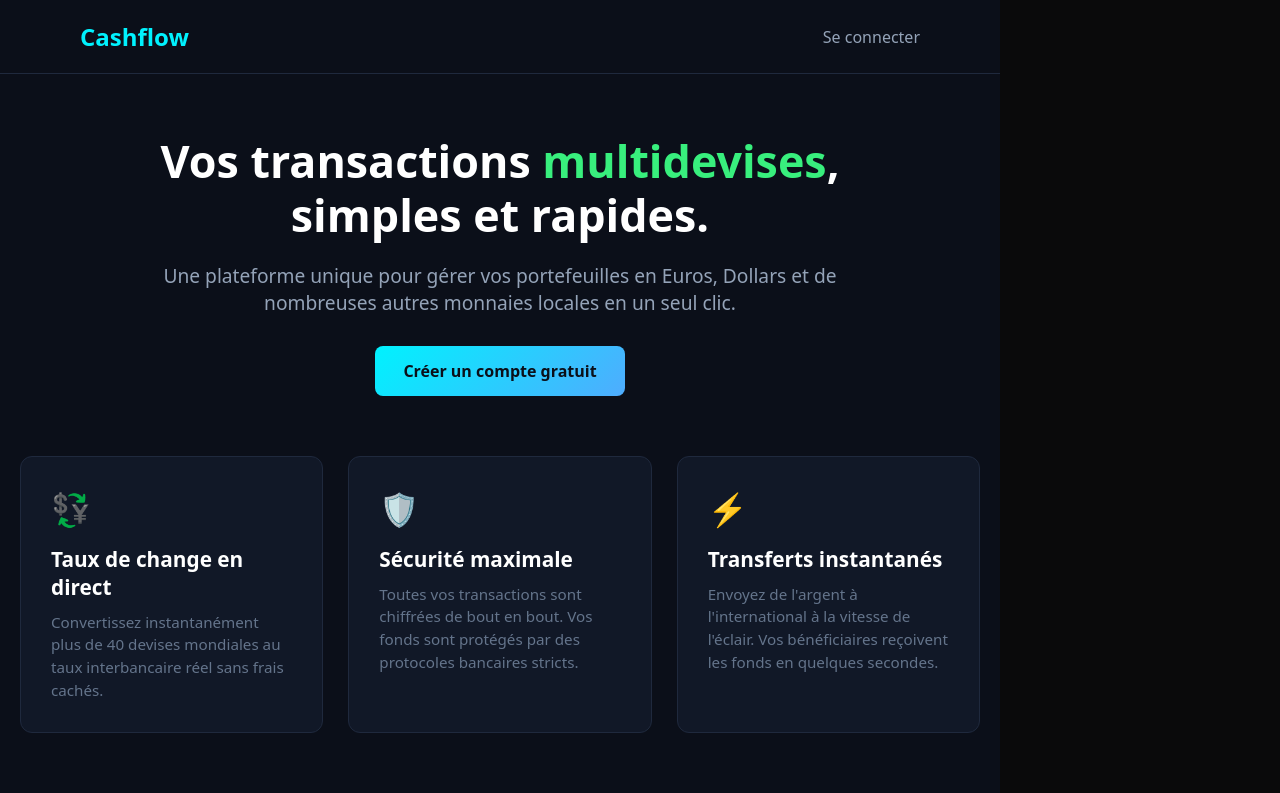
Repository: laetitiamaelle/GROUEPE5_PROGRAMMATIONWEBII_PLATEFORME_DE_TRANSFERT_MULTIDEVISE
Page: /home
These files come from the project's save history. The page is drawn as it stood at one moment and after the next save; the edit follows.
The browser window is 1280 px wide. The pictures show the whole page.
The project was rebuilt for these pictures with package versions that can differ from the ones it lists, and the page was loaded fresh each time. The framework's server and built-in components were replaced by stand-ins that run in the browser. Also part of the build but not shown: next.config.ts.

Above is the page before, as saved 2026-05-21 11:11:18.

### app/home/page.tsx
import Home from '@/components/Home'

export default function HomePage() {
    return (
        <div style={{ display: 'flex', minHeight: '100vh', background: '#0A0A0B'}}>
            <Home />
        </div>
    )
}

### app/globals.css
* {
    margin: 0;
    padding: 0;
    box-sizing: border-box;
}

body {
    background: #0A0A0B;
    color: #E5E5E5;
    font-family: Arial, sans-serif;
}

a {
    text-decoration: none;
    color: inherit;
}

button {
    cursor: pointer;
    border: none;
    font-family: inherit;
}

### components/Home.tsx
import Link from 'next/link'
// Importez votre fichier CSS ici s'il n'est pas déjà inclus globalement :
import '../styles/Home.css'

const services = [
  {
    icon: "💱",
    title: "Taux de change en direct",
    description: "Convertissez instantanément plus de 40 devises mondiales au taux interbancaire réel sans frais cachés."
  },
  {
    icon: "🛡️",
    title: "Sécurité maximale",
    description: "Toutes vos transactions sont chiffrées de bout en bout. Vos fonds sont protégés par des protocoles bancaires stricts."
  },
  {
    icon: "⚡",
    title: "Transferts instantanés",
    description: "Envoyez de l'argent à l'international à la vitesse de l'éclair. Vos bénéficiaires reçoivent les fonds en quelques secondes."
  }
];

export default function HomePage() {
  return (
    <div className="home-container">

      {/* Menu du haut */}
      <nav className="home-navbar">
        <div className="home-logo">Cashflow</div>
        <div className="home-nav-links">
          <Link href="/connexion">Se connecter</Link>
        </div>
      </nav>

      {/* Titre et accroche */}
      <header className="home-hero">
        <h1>
          Vos transactions <span className="home-highlight">multidevises</span>, simples et rapides.
        </h1>
        <p>
          Une plateforme unique pour gérer vos portefeuilles en Euros, Dollars et de nombreuses autres monnaies locales en un seul clic.
        </p>
        <Link href="/inscription" ><button className="home-btn-primary">Créer un compte gratuit</button></Link>
      </header>

      {/* Description des services */}
      <section className="home-features-grid">
        {services.map((service, index) => (
          <div key={index} className="home-card">
            <div className="home-card-icon">{service.icon}</div>
            <h3>{service.title}</h3>
            <p>{service.description}</p>
          </div>
        ))}
      </section>

    </div>
  )
}

### styles/Home.css
/* Style global de l'accueil */

.home-container {
    min-height: 100vh;
    background-color: #0b0f19;
    color: #ffffff;
    font-family: system-ui, -apple-system, sans-serif;
}


/* Barre de navigation */

.home-navbar {
    display: flex;
    justify-content: space-between;
    align-items: center;
    padding: 20px 8%;
    border-bottom: 1px solid #1f293d;
}

.home-logo {
    font-size: 1.5rem;
    font-weight: bold;
    color: #00f2fe;
}

.home-nav-links a {
    color: #94a3b8;
    text-decoration: none;
    margin-left: 20px;
    transition: color 0.2s;
}

.home-nav-links a:hover {
    color: #00f2fe;
}


/* Section Présentation (Hero) */

.home-hero {
    max-width: 800px;
    margin: 60px auto;
    text-align: center;
    padding: 0 20px;
}

.home-hero h1 {
    font-size: 2.8rem;
    margin-bottom: 20px;
    line-height: 1.2;
}

.home-highlight {
    color: #38ef7d;
}

.home-hero p {
    font-size: 1.2rem;
    color: #94a3b8;
    margin-bottom: 30px;
}

.home-btn-primary {
    background: linear-gradient(135deg, #00f2fe, #4facfe);
    color: #0b0f19;
    border: none;
    padding: 14px 28px;
    border-radius: 8px;
    font-weight: bold;
    font-size: 1rem;
    cursor: pointer;
}


/* Grille des services / fonctionnalités */

.home-features-grid {
    max-width: 1000px;
    margin: 60px auto;
    padding: 0 20px;
    display: grid;
    grid-template-columns: repeat(auto-fit, minmax(280px, 1fr));
    gap: 25px;
}

.home-card {
    background-color: #111827;
    border: 1px solid #1f293d;
    padding: 30px;
    border-radius: 12px;
    text-align: left;
}

.home-card-icon {
    font-size: 2rem;
    margin-bottom: 15px;
}

.home-card h3 {
    font-size: 1.3rem;
    margin-bottom: 10px;
}

.home-card p {
    color: #64748b;
    font-size: 0.95rem;
    line-height: 1.5;
}

Loaded but not shown: app/layout.tsx (common file)

After the next save:
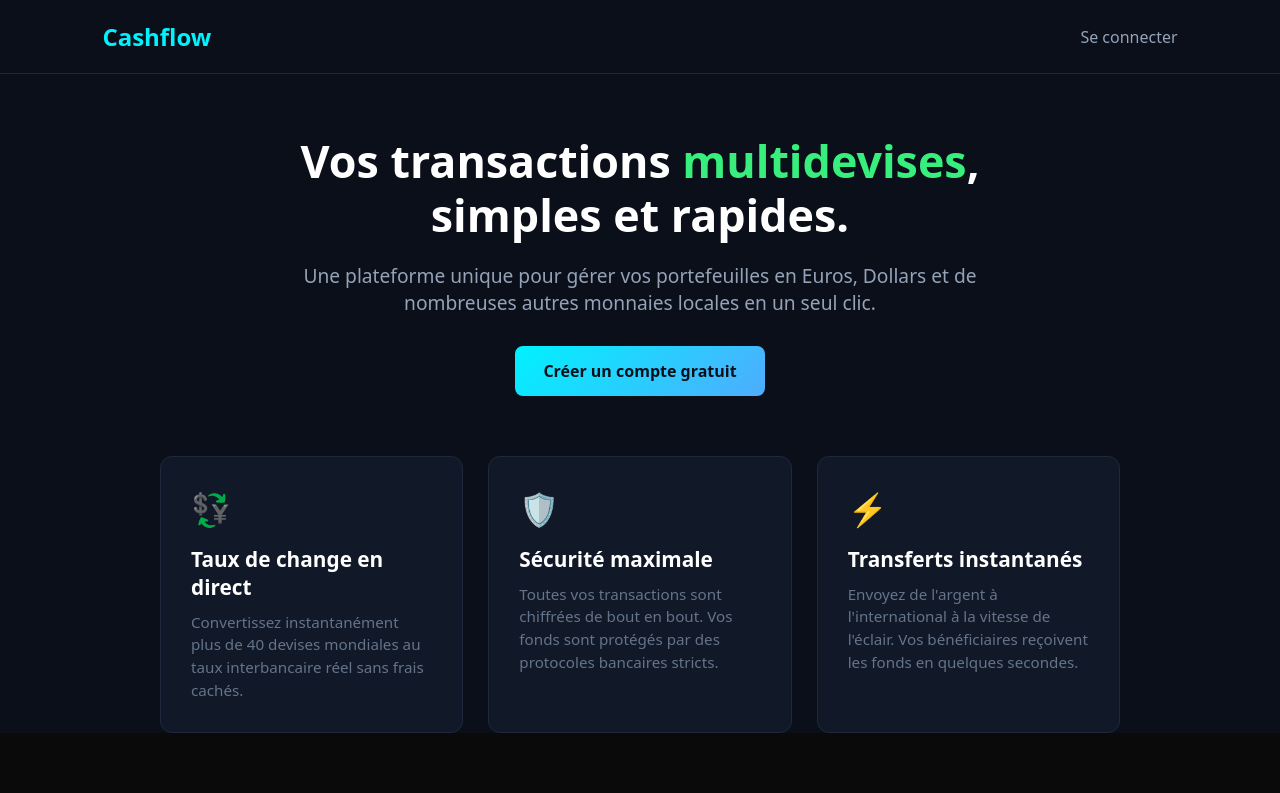
Saved 51 s later.
--- a/app/home/page.tsx
+++ b/app/home/page.tsx
@@ -2,8 +2,6 @@ import Home from '@/components/Home'
 
 export default function HomePage() {
     return (
-        <div style={{ display: 'flex', minHeight: '100vh', background: '#0A0A0B'}}>
-            <Home />
-        </div>
+       <Home />
     )
 }
